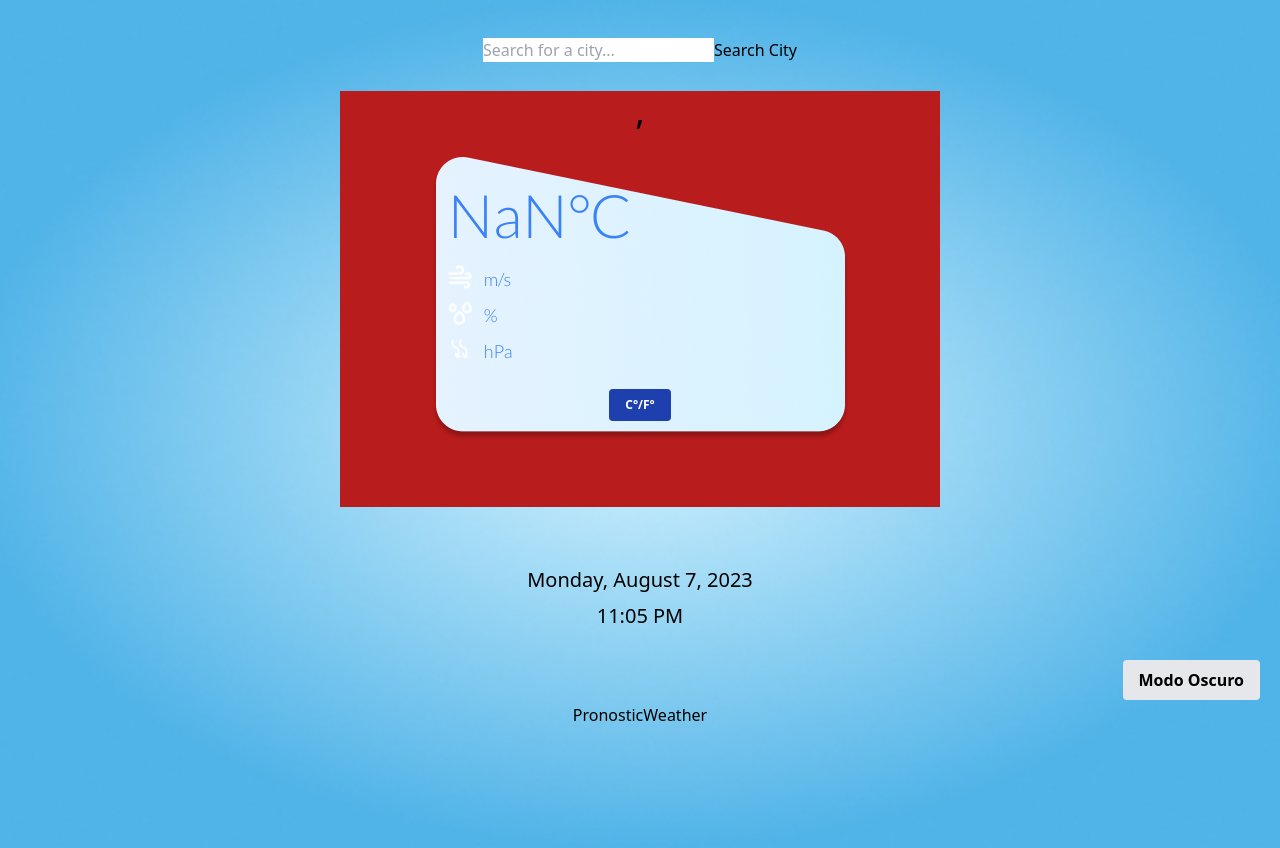
Repository: LukasMoyano/WeatherApp-_-LukasMoyano-_-V-_4.0_6.6.6
Page: /
The author's editor kept a copy of each file at every save. The page is drawn from the files as they stood at one save, then again after the next save.
The browser window is 1280 px wide. The pictures show the whole page.
The page's requests for data from a server got no answer. The project was rebuilt for these pictures with package versions that can differ from the ones it lists, and the page was loaded fresh each time. No one was signed in, and anything a server would have sent is missing. Also part of the build but not shown: vite.config.js.

Above is the page before, as saved 2023-08-08 01:41:39.

### index.html
<!DOCTYPE html>
<html lang="en">
  <head>
    <meta charset="UTF-8" />
    <link rel="icon" type="image/png" href="thor-hammer.png">
    <meta name="viewport" content="width=device-width, initial-scale=1.0" />
    <title>WeatherApp - LukasMoyano-</title>
  </head>
  <body>
    <div id="root"></div>
    <script type="module" src="/src/main.jsx"></script>
  </body>
</html>

### src/main.jsx
import React from 'react'
import ReactDOM from 'react-dom/client'
import App from "/src/App.jsx";

ReactDOM.createRoot(document.getElementById('root')).render(
  <React.StrictMode>
    <App />
  </React.StrictMode>,
)

### src/App.jsx
import React, { useEffect, useState } from "react";
import axios from "axios";
import Weather from "./components/Weather";
import "./App.css";
import SearchBar from "./components/SearchBar";
import PronosticWeather from "./components/PronosticWeather";
import Date_Hour from "./components/Date_Hour";

function App() {
  const [weatherInfo, setWeatherInfo] = useState(null);
  const [isDarkMode, setIsDarkMode] = useState(false);

  const toggleDarkMode = () => {
    setIsDarkMode(!isDarkMode);
  };

  useEffect(() => {
    navigator.geolocation.getCurrentPosition(success);
  }, []);

  const success = (pos) => {
    const lat = pos.coords.latitude;
    const lon = pos.coords.longitude;
    const API_KEY = "f61630c5193995d939b6b8024057b009";
    const url = `https://api.openweathermap.org/data/2.5/weather?lat=${lat}&lon=${lon}&appid=${API_KEY}`;

    axios
      .get(url)
      .then(({ data }) => setWeatherInfo(data))
      .catch((err) => console.log(err));
  };

  const backgroundImage = isDarkMode
    ? "background/image002_DarkVersion.jpg"
    : "background/image001_LightVersion.jpg";

  return (
    <div className={`min-h-screen ${isDarkMode ? "dark" : ""}`}>
      <main
        className={`bg-cover bg-center min-h-screen font-lato p-2 grid grid-rows-[1fr_5fr_2fr_1fr_1fr] place-items-center ${
          isDarkMode ? "bg-black bg-opacity-50 text-white" : "bg-white bg-opacity-70 text-black"
        }`}
        style={{
          backgroundImage: `url(${backgroundImage})`

        }}
      >
        <SearchBar setWeatherInfo={setWeatherInfo} />
        <Weather weatherInfo={weatherInfo} isDarkMode={isDarkMode} />

        <Date_Hour isDarkMode={isDarkMode}/>

        <PronosticWeather/>
        <button
          onClick={toggleDarkMode}
          className={`absolute bottom-5 right-5 px-4 py-2 font-bold rounded ${
            isDarkMode ? "bg-gray-800 text-white" : "bg-gray-200 text-black"
          }`}
        >
          {isDarkMode ? "Modo Claro" : "Modo Oscuro"}
        </button>
      </main>
    </div>
  );
}

export default App;

### src/components/Weather.jsx
import React, { useState } from "react";

const Weather = ({ weatherInfo, isDarkMode }) => {
  const [isCelsius, setIsCelsius] = useState(true);

  const toggleTemperatureUnit = () => {
    setIsCelsius(!isCelsius);
  };

  const convertTemperature = (temperature) => {
    if (isCelsius) {
      return Math.round(temperature - 273.15) + "°C";
    } else {
      return Math.round(((temperature - 273.15) * 9) / 5 + 32) + "°F";
    }
  };

  const iconspngweathers = {
    "01n": "public/iconsweatherstates_day/01n.png",
    "02n": "public/iconsweatherstates_day/02n.png",
    "03n": "public/iconsweatherstates_day/03n.png",
    "04n": "public/iconsweatherstates_day/04n.png",
    "09n": "public/iconsweatherstates_day/09n.png",
    "10n": "public/iconsweatherstates_day/10n.png",
    "11n": "public/iconsweatherstates_day/11n.png",
    "13n": "public/iconsweatherstates_day/13n.png",
    "50n": "public/iconsweatherstates_day/50n.png",
    "01d": "public/iconsweatherstates_day/01d.png",
    "02d": "public/iconsweatherstates_day/02d.png",
    "03d": "public/iconsweatherstates_day/03d.png",
    "04d": "public/iconsweatherstates_day/04d.png",
    "09d": "public/iconsweatherstates_day/09d.png",
    "10d": "public/iconsweatherstates_day/10d.png",
    "11d": "public/iconsweatherstates_day/11d.png",
    "13d": "public/iconsweatherstates_day/13d.png",
    "50d": "public/iconsweatherstates_day/50d.png",
  };

  return (
    <main className="grid place-items-center max-w-[600px] w-full bg-yellow-400">
      <section
        className={`bg-red-700 w-full grid grid-rows-[1fr_6fr_1fr] place-items-center relative ${isDarkMode ? " text-white" : " text-black"}`}
      >
        {/* Nombre de la Ciudad */}
        {/* País */}
        <h1 className="text-center text-4xl pb-3">
          {weatherInfo?.name}, {weatherInfo?.sys?.country}
        </h1>

        <section className="absolute">
          {isDarkMode ? (
            <div>
              <img
                className=""
                src="public/background_info_cads/card_image002_Dark version.png"
              />
            </div>
          ) : (
            <div>
              <img
                className=""
                src="public/background_info_cads/card_image001_LightVersion.png"
              />
            </div>
          )}
        </section>

        <section className="absolute z-10 grid grid-cols-2 justify-center-items-center">
          {/* Columna Izquierda */}
          <div className="flex flex-col gap-5 p-2 text-center">
            {/* Temperatura Actual */}
            <div
              className={` font-lato font-Lato text-6xl font-light leading-23 tracking-normal text-center text-blue-500
           ${isDarkMode ? "text-white" : "text-black"}`}
            >
              {convertTemperature(weatherInfo?.main.temp)}
            </div>
            {/* Detalles del Clima */}
            <div className="font-Lato font-light text-center text-blue-500 grid grid-raws-3 gap-2">
              <div className="flex gap-3 text-lg ">
                <img
                  src="./images/wind.png"
                  alt="Wind Icon"
                  className="w-6 h-6"
                />
                {weatherInfo?.wind.speed} m/s
              </div>
              <div className="flex gap-3 text-lg">
                <img
                  src="./images/humidity.png"
                  alt="Humidity Icon"
                  className="w-6 h-6"
                />
                {weatherInfo?.main.humidity}%
              </div>
              <div className="flex gap-3 text-lg">
                <img
                  src="./images/pressure.png"
                  alt="Pressure Icon"
                  className="w-6 h-6"
                />
                {weatherInfo?.main.pressure} hPa
              </div>
            </div>
          </div>

          {/* Columna Derecha */}
          <div className="grid grid-rows-[repeat(2,auto)]  items-center w-full  text-center">
            {/* Icono del Clima */}
            {weatherInfo?.weather[0].icon && (
              <img
                className="w-full"
                src={`${iconspngweathers[weatherInfo?.weather[0].icon]}`}
                alt="Weather Icon"
              />
            )}
            <h3 className="">{weatherInfo?.weather[0].description}</h3>
          </div>
          {/* Botón para Alternar entre Celsius y Fahrenheit */}
          <section className="items-center mt-4 col-span-2">
            <button
              onClick={toggleTemperatureUnit}
              className={`bg-blue-800 hover:bg-blue-700 text-white font-bold py-2 px-4 rounded mx-auto block text-xs ${
                isDarkMode ? "bg-opacity-70" : "bg-opacity-100"
              }`}
            >
              C°/F°
            </button>
          </section>
        </section>
      </section>
    </main>
  );
};

export default Weather;

### src/App.css
@import url(https://fonts.googleapis.com/css?family=Lato:100,100italic,300,300italic,regular,italic,700,700italic,900,900italic);

@import url('https://fonts.googleapis.com/css2?family=Lato:wght@300;400;700&display=swap');


@import 'tailwindcss/base';
@import 'tailwindcss/components';
@import 'tailwindcss/utilities';

### src/components/SearchBar.jsx
import React, { useState, useEffect } from "react";
import axios from "axios";

const SearchBar = ({ setWeatherInfo }) => {
  const [city, setCity] = useState("");
  const [suggestedCities, setSuggestedCities] = useState([]);
  const [isFetching, setIsFetching] = useState(false);

  const API_KEY = "f61630c5193995d939b6b8024057b009";

  const handleCityChange = (event) => {
    const value = event.target.value;
    setCity(value);
    if (value) {
      fetchSuggestedCities(value);
    } else {
      setSuggestedCities([]);
    }
  };

  const fetchSuggestedCities = async (query) => {
    setIsFetching(true);
    try {
      const response = await fetch(
        `https://api.openweathermap.org/data/2.5/find?q=${query}&type=like&cnt=5&appid=${API_KEY}`
      );
      const data = await response.json();
      setSuggestedCities(data.list);
    } catch (error) {
      console.error("Error fetching suggested cities:", error);
    } finally {
      setIsFetching(false);
    }
  };

  const handleSuggestionClick = (suggestion) => {
    setCity(suggestion.name);
    setSuggestedCities([]);
  };

  const handleSearch = () => {
    if (city.trim() !== "") {
      fetchWeatherData(city);
    }
  };

  const fetchWeatherData = (city) => {
    const url = `https://api.openweathermap.org/data/2.5/weather?q=${city}&appid=${API_KEY}`;

    axios
      .get(url)
      .then(({ data }) => setWeatherInfo(data))
      .catch((err) => console.log(err));
  };

  useEffect(() => {
    const handleKeyPress = (event) => {
      if (event.key === "Enter") {
        handleSearch();
      }
    };
    window.addEventListener("keydown", handleKeyPress);
    return () => {
      window.removeEventListener("keydown", handleKeyPress);
    };
  }, [city]);

  return (
    <main>
      <label>
        <input
          type="text"
          value={city}
          placeholder="Search for a city..."
          onChange={handleCityChange}
        />
        {suggestedCities.length > 0 && (
          <ul className="suggestions">
            {suggestedCities.map((suggestion) => (
              <li
                key={suggestion.id}
                onClick={() => handleSuggestionClick(suggestion)}
              >
                {suggestion.name}, {suggestion.sys.country}
              </li>
            ))}
          </ul>
        )}
        <button onClick={handleSearch} disabled={isFetching}>
          Search City
        </button>
      </label>
    </main>
  );
};

export default SearchBar;

### src/components/PronosticWeather.jsx
import React from 'react'

const PronosticWeather = () => {
  return (
    <div>PronosticWeather</div>
  )
}

export default PronosticWeather

### src/components/Date_Hour.jsx
import React from "react";

export const Date_Hour = ({isDarkMode}) => {

  const getCurrentDateTime = () => {
    const currentDate = new Date();
    const options = {
      weekday: "long",
      day: "numeric",
      month: "long",
      year: "numeric",
    };
    const date = currentDate.toLocaleDateString(undefined, options);
    const time = currentDate.toLocaleTimeString(undefined, {
      hour: "numeric",
      minute: "numeric",
    });
    return { date, time };
  };

  const { date, time } = getCurrentDateTime();

  return (
    <div>
      {/* Mostrar la Fecha y Hora */}
      <section className="text-center mt-4">
        <p
          className={`text-xl mb-2 ${isDarkMode ? "text-white" : "text-black"}`}
        >
          {date}
        </p>
        <p className={`text-xl ${isDarkMode ? "text-white" : "text-black"}`}>
          {time}
        </p>
      </section>
    </div>
  );
};

export default Date_Hour;

### tailwind.config.js
/** @type {import('tailwindcss').Config} */
export default {
  content: [
    "./index.html",
    "./src/**/*.{js,ts,jsx,tsx}",
  ],
  theme: {
    extend: {},
    fontFamily: {
      Lato: ["Lato", "Sans-Serif"]
    }
  },
  plugins: [],

}

After the next save:
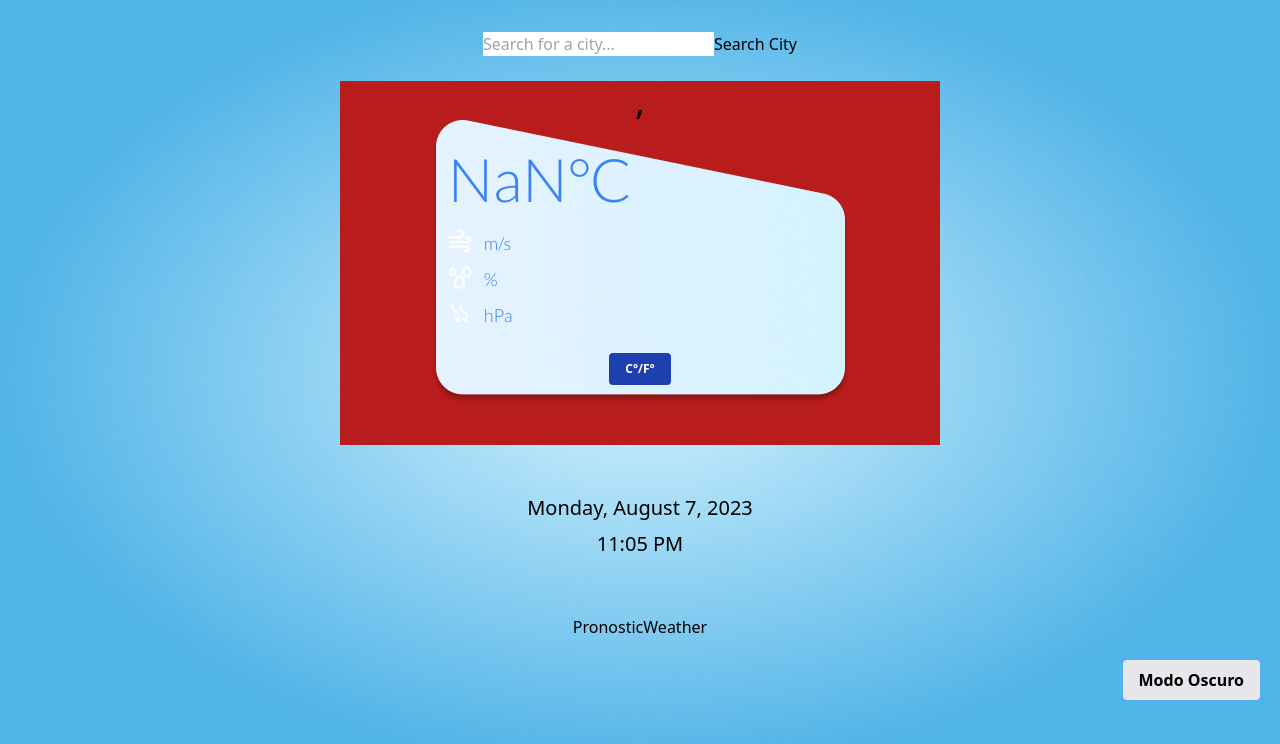
Saved 25 s later.
--- a/src/components/Weather.jsx
+++ b/src/components/Weather.jsx
@@ -39,7 +39,7 @@ const Weather = ({ weatherInfo, isDarkMode }) => {
   return (
     <main className="grid place-items-center max-w-[600px] w-full bg-yellow-400">
       <section
-        className={`bg-red-700 w-full grid grid-rows-[1fr_6fr_1fr] place-items-center relative ${isDarkMode ? " text-white" : " text-black"}`}
+        className={`bg-red-700 w-full grid grid-rows-[1fr_5fr_1fr] place-items-center relative ${isDarkMode ? " text-white" : " text-black"}`}
       >
         {/* Nombre de la Ciudad */}
         {/* País */}
